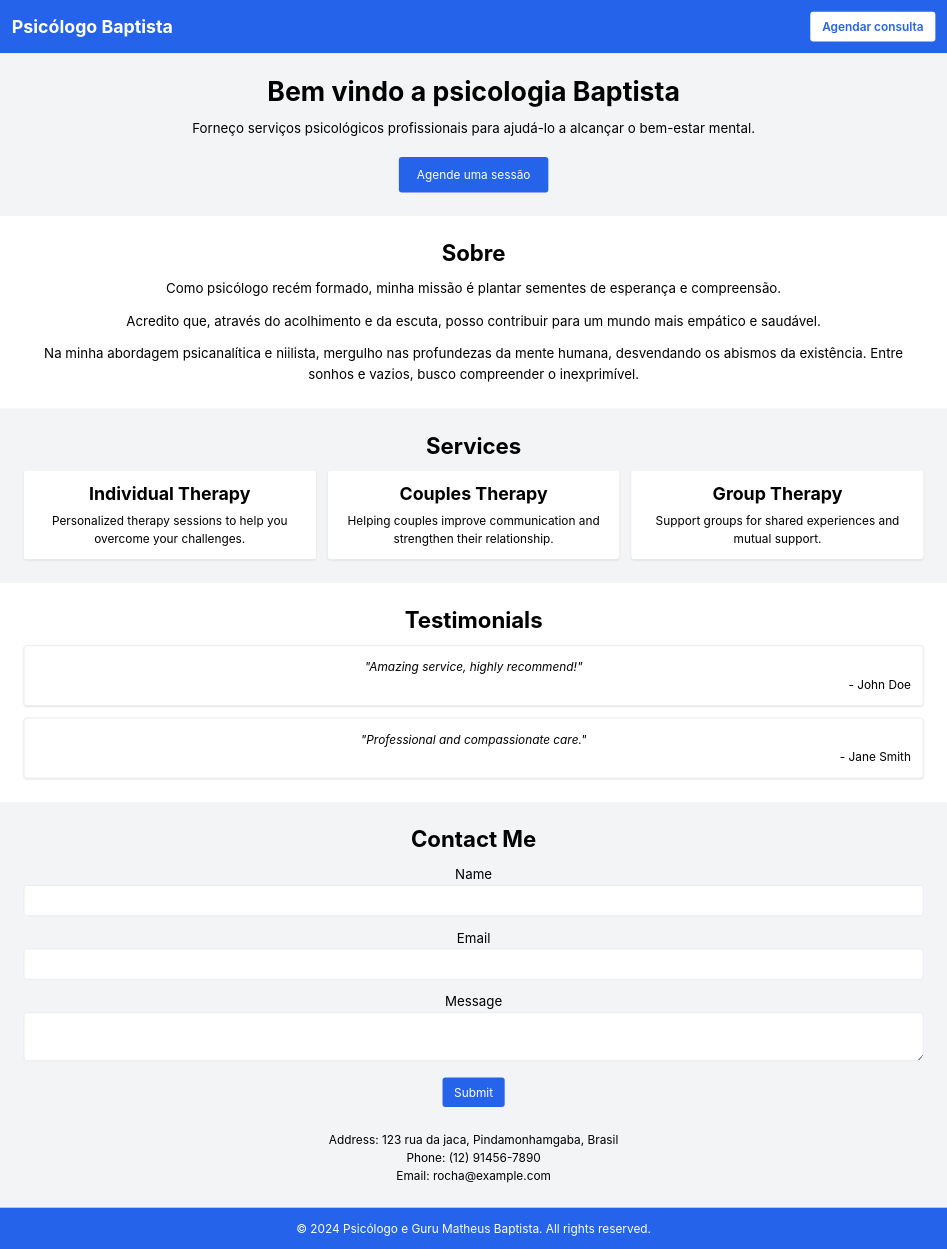
Repository: SrNascimento40/psychologist-portfolio
Page: /
The author's editor kept a copy of each file at every save. The page is drawn from the files as they stood at one save, then again after a run of saves.
The browser window is 1280 px wide. The pictures show the whole page, at 74% of full size.
The project was rebuilt for these pictures with package versions that can differ from the ones it lists, and the page was loaded fresh each time. Also part of the build but not shown: vite.config.ts.

Above is the page before, as saved 2024-07-04 17:35:39.

After the next 2 saves:
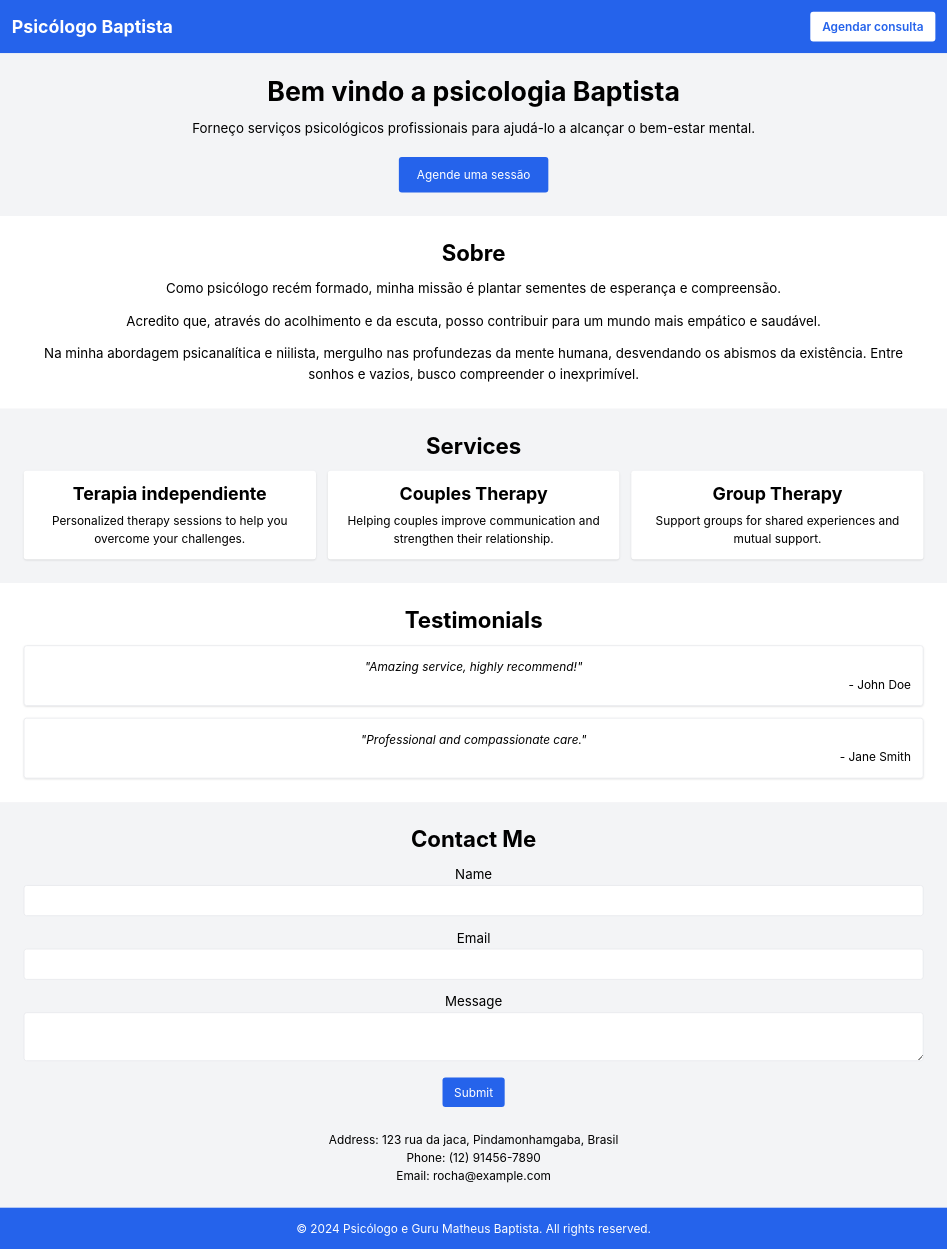
The 2 saves are shown as one change because they came seconds apart.
The last was saved 46 s later.
--- a/src/Services.tsx
+++ b/src/Services.tsx
@@ -2,7 +2,7 @@
 
 export default function Services() {
   const services = [
-    { title: 'Individual Therapy', description: 'Personalized therapy sessions to help you overcome your challenges.' },
+    { title: 'Terapia independiente', description: 'Personalized therapy sessions to help you overcome your challenges.' },
     { title: 'Couples Therapy', description: 'Helping couples improve communication and strengthen their relationship.' },
     { title: 'Group Therapy', description: 'Support groups for shared experiences and mutual support.' },
   ];
